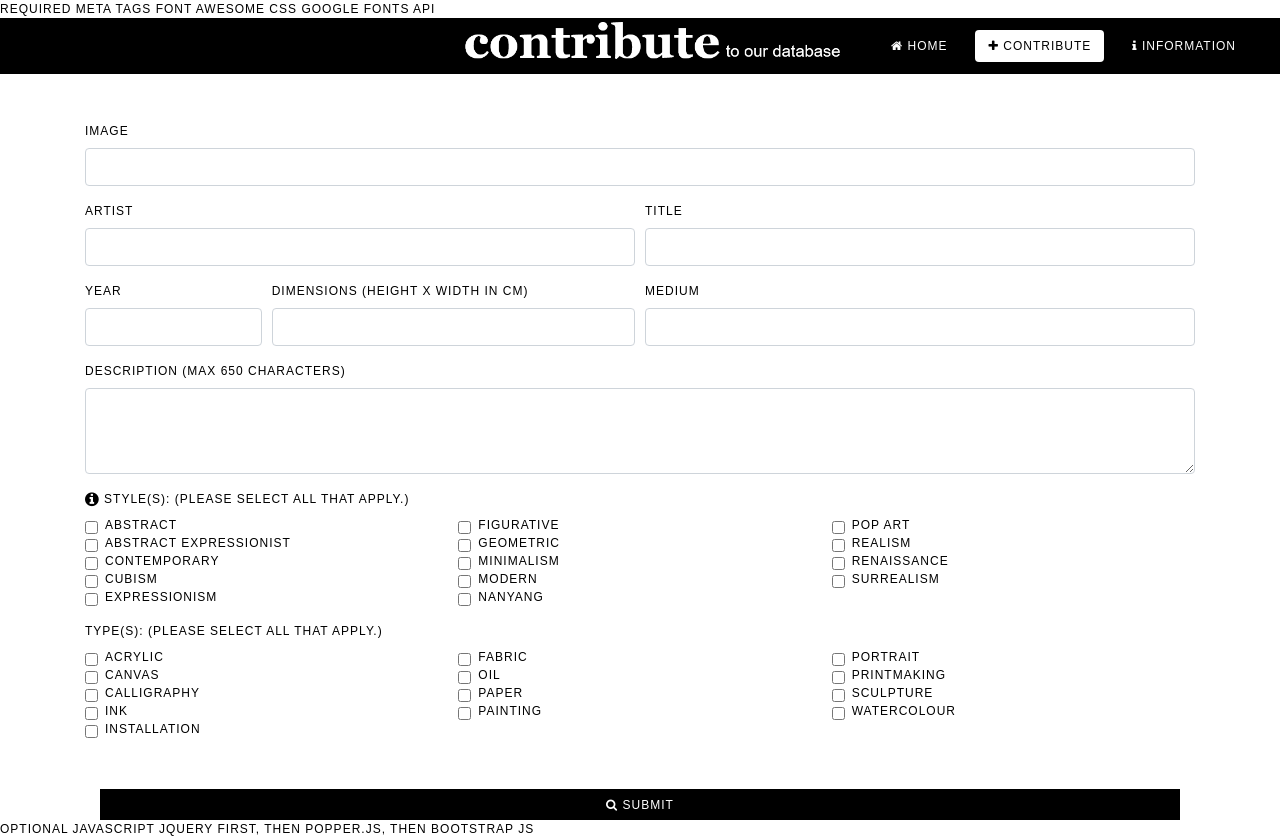
Repository: lynette-lyf/artwork-inventory
Page: http://localhost/add-artwork
The author's editor kept a record of every edit. The page is drawn from the files as they stood at one moment, then again after the next edit.
The browser window is 1280 px wide. The pictures show the whole page.
The page is served by the project's application, run on Flask 3 (app.py).

Above is the page before.

### templates/add_artwork.template.html
<!doctype html>
<html lang="en">
  <head>
     Required meta tags
    <meta charset="utf-8">
    <meta name="viewport" content="width=device-width, initial-scale=1, shrink-to-fit=no">

     <!--Bootstrap CSS -->
    <link rel="stylesheet" href="https://stackpath.bootstrapcdn.com/bootstrap/4.3.1/css/bootstrap.min.css" integrity="sha384-ggOyR0iXCbMQv3Xipma34MD+dH/1fQ784/j6cY/iJTQUOhcWr7x9JvoRxT2MZw1T" crossorigin="anonymous">
     Font Awesome CSS
    <link href="https://maxcdn.bootstrapcdn.com/font-awesome/4.7.0/css/font-awesome.min.css" rel="stylesheet"/>
     Google Fonts API
    <link href="https://fonts.googleapis.com/css?family=Work+Sans:300,600,800&display=swap" rel="stylesheet">
    <link rel="stylesheet" type="text/css" href="/static/css/style.css">

    <title>Contribute an artwork</title>
  <style>
       body {
    font-family: Arial;
    font-size: 12px;
    color: black;
    text-transform: uppercase;
    letter-spacing:1px;
}

::-webkit-scrollbar {
  width: 5px;
  height: 5px;
  border-left: 0;
  background: white;
}

::-webkit-scrollbar-track {
  background: white;
}

::-webkit-scrollbar-thumb {
  background: black;
  border-radius: 0;
}

.navbar-default {
    background-color: black;
}


#logo {
    position: absolute;
    z-index:1;
    top:-3px;

}

#contribute {
  font-family: Arial;
    color: black;
    text-decoration: none;
    text-transform: uppercase;
    font-size: 12px;
    letter-spacing:1px;
    background-color: white;
    margin-right:15px;
}

#home, #information {
    font-family: Arial;
    color: white;
    text-decoration: none;
    text-transform: uppercase;
    font-size: 12px;
    letter-spacing:1px;
    background-color: black;
    margin-right:15px;
}

#submit {
    font-family: Arial;
    color: white;
    text-decoration: none;
    text-transform: uppercase;
    font-size: 12px;
    letter-spacing:1px;
    background-color: black;
    width:100%;
}

#home:hover, #information:hover, #submit:hover {
    background-color: white;
    color:black;
}

#info-style {
  color:black;
}

#info-style:hover {
  color:grey;
}



@media (max-width: 994px) {
    .img-fluid {
        max-width:100%
    }

    #home {
        margin-top:2rem;
    }
}

@media screen and (min-width: 995px) {
    .navbar-nav {
        align-items: end;
    }

    .img-fluid {
        max-height:500px;
        max-width:500px
    }
}

  </style>

  </head>


  <body>


    <img id="logo" style="max-height:100px;" src="/static/img/contribute-artwork.png"/>

<nav class="navbar navbar-expand-lg navbar-default">
  <a class="navbar-brand" href="#">&nbsp;</a>
  <button class="navbar-toggler" type="button" data-toggle="collapse" data-target="#navbarSupportedContent" aria-controls="navbarSupportedContent" aria-expanded="false" aria-label="Toggle navigation">
    <span class="navbar-toggler-icon"> <i class="fa fa-bars" style="color:#fff; font-size:28px;"></i></span>
  </button>

  <div class="collapse navbar-collapse justify-content-end" id="navbarSupportedContent">
    <ul class="navbar-nav">
      <li class="nav-item">
          <a href="/" id="home" class="btn btn-default"><i class="fa fa-home"></i>    Home</a>
      </li>
      <li class="nav-item">
          <div id="contribute" class="btn btn-default" aria-disabled="true"><i class="fa fa-plus"></i>    Contribute</div>
      </li>
      <li class="nav-item">
        <a href="information/artstyles" id="information" class="btn btn-default"><i class="fa fa-info"></i>    Information</a>
      </li>
    </ul>

        </div>
  </div>
</nav>


















    <div class='container'>

        <form class='form pt-5' method="POST">


          <div class='form-row'>
              <div class='col-12 mb-3'>
                <label>Image</label>
                <input type='text' class='form-control' name='image' required/>
            </div>



            <div class='col-6 mb-3'>
                <label>Artist</label>
                <input type='text' class='form-control' name='artist' required/>
            </div>
            <div class='col-6 mb-3'>
                <label>Title</label>
                <input type='text' class='form-control' name='title' required/>
            </div>
          </div>

          <div class='form-row'>
            <div class='col-2 mb-3'>
                <label>Year</label>
                <input type='number' class='form-control' maxlength='4' min='1000' max='2019' name='year' required/>
            </div>
            <div class='col-4 mb-3'>
                <label>Dimensions (height x width in cm)</label>
                <input type='text' class='form-control' name='dimensions' required/>
            </div>
            <div class='col-6 mb-3'>
                <label>Medium</label>
                <input type='text' class='form-control' name='medium' required/>
            </div>
          </div>

            <div class='form-group'>
                <label>Description (max 650 characters)</label>
                <textarea class="form-control" rows="3" name='description'></textarea>
            </div>

          <div class='form-row'>
            <div class='col-12'>
           <label><a href='information/artstyles'><i id="info-style" class="fa fa-info-circle fa-lg" aria-hidden="true"></i></a>  Style(s): (Please select all that apply.)</label>
           </div>
           </div>

            <div class='form-row'>
            <div class='col-4'>



            <div class="form-check">
            <input class="form-check-input" type='checkbox' value='Abstract' id="type" name="type">
            <label class="form-check-label" for="Abstract">Abstract</label>
            </div>

            <div class="form-check">
            <input class="form-check-input" type='checkbox' value='Abstract Expressionist' id="type" name="type">
            <label class="form-check-label" for="Abstract Expressionist">Abstract Expressionist</label>
            </div>

            <div class="form-check">
            <input class="form-check-input" type='checkbox' value='Contemporary' id="type" name="type">
            <label class="form-check-label" for="Contemporary">Contemporary</label>
            </div>

            <div class="form-check">
            <input class="form-check-input" type='checkbox' value='Cubism' id="type" name="type">
            <label class="form-check-label" for="Cubism">Cubism</label>
            </div>

            <div class="form-check">
            <input class="form-check-input" type='checkbox' value='Expressionism' id="type" name="type">
            <label class="form-check-label" for="Expressionism">Expressionism</label>
            </div>

            </div>

            <div class='col-4'>

            <div class="form-check">
            <input class="form-check-input" type='checkbox' value='Figurative' id="type" name="type">
            <label class="form-check-label" for="Figurative">Figurative</label>
            </div>

            <div class="form-check">
            <input class="form-check-input" type='checkbox' value='Geometric' id="type" name="type">
            <label class="form-check-label" for="Geometric">Geometric</label>
            </div>

            <div class="form-check">
            <input class="form-check-input" type='checkbox' value='Minimalism' id="type" name="type">
            <label class="form-check-label" for="Minimalism">Minimalism</label>
            </div>

            <div class="form-check">
            <input class="form-check-input" type='checkbox' value='Modern' id="type" name="type">
            <label class="form-check-label" for="Modern">Modern</label>
            </div>

            <div class="form-check">
            <input class="form-check-input" type='checkbox' value='Nanyang' id="type" name="type">
            <label class="form-check-label" for="Nanyang">Nanyang</label>
            </div>

            </div>

            <div class='col-4'>

            <div class="form-check">
            <input class="form-check-input" type='checkbox' value='Pop Art' id="type" name="type">
            <label class="form-check-label" for="Pop Art">Pop Art</label>
            </div>

            <div class="form-check">
            <input class="form-check-input" type='checkbox' value='Realism' id="type" name="type">
            <label class="form-check-label" for="Realism">Realism</label>
            </div>

            <div class="form-check">
            <input class="form-check-input" type='checkbox' value='Renaissance' id="type" name="type">
            <label class="form-check-label" for="Renaissance">Renaissance</label>
            </div>

            <div class="form-check">
            <input class="form-check-input" type='checkbox' value='Surrealism' id="type" name="type">
            <label class="form-check-label" for="Surrealism">Surrealism</label>
            </div>




            </div>
            </div>

            <div class='form-row'>
            <div class='col-12 pt-3'>

           <label>Type(s): (Please select all that apply.)</label>
           </div>
           </div>

            <div class='form-row pb-5'>
            <div class='col-4'>

            <div class="form-check">
            <input class="form-check-input" type='checkbox' value='Acrylic' id="type" name="type">
            <label class="form-check-label" for="Acrylic">Acrylic</label>
            </div>

            <div class="form-check">
            <input class="form-check-input" type='checkbox' value='Canvas' id="type" name="type">
            <label class="form-check-label" for="Canvas">Canvas</label>
            </div>

            <div class="form-check">
            <input class="form-check-input" type='checkbox' value='Calligraphy' id="type" name="type">
            <label class="form-check-label" for="Calligraphy">Calligraphy</label>
            </div>

            <div class="form-check">
            <input class="form-check-input" type='checkbox' value='Ink' id="type" name="type">
            <label class="form-check-label" for="Ink">Ink</label>
            </div>

            <div class="form-check">
            <input class="form-check-input" type='checkbox' value='Installation' id="type" name="type">
            <label class="form-check-label" for="Installation">Installation</label>
            </div>

            </div>

            <div class='col-4'>

            <div class="form-check">
            <input class="form-check-input" type='checkbox' value='Fabric' id="type" name="type">
            <label class="form-check-label" for="Fabric">Fabric</label>
            </div>

            <div class="form-check">
            <input class="form-check-input" type='checkbox' value='Oil' id="type" name="type">
            <label class="form-check-label" for="Oil">Oil</label>
            </div>

            <div class="form-check">
            <input class="form-check-input" type='checkbox' value='Paper' id="type" name="type">
            <label class="form-check-label" for="Paper">Paper</label>
            </div>

            <div class="form-check">
            <input class="form-check-input" type='checkbox' value='Painting' id="type" name="type">
            <label class="form-check-label" for="Painting">Painting</label>
            </div>

            </div>

            <div class='col-4'>

            <div class="form-check">
            <input class="form-check-input" type='checkbox' value='Portrait' id="type" name="type">
            <label class="form-check-label" for="Portrait">Portrait</label>
            </div>

            <div class="form-check">
            <input class="form-check-input" type='checkbox' value='Printmaking' id="type" name="type">
            <label class="form-check-label" for="Printmaking">Printmaking</label>
            </div>

            <div class="form-check">
            <input class="form-check-input" type='checkbox' value='Sculpture' id="type" name="type">
            <label class="form-check-label" for="Sculpture">Sculpture</label>
            </div>

            <div class="form-check">
            <input class="form-check-input" type='checkbox' value='Watercolour' id="type" name="type">
            <label class="form-check-label" for="Watercolour">Watercolour</label>
            </div>

            </div>
            </div>



          <div class="col-12 text-center">
             <button type="submit" id="submit" class="btn btn-default">
                <i class="fa fa-search"></i>    Submit
              </button>
          </div>
        </form>
    </div>

      Optional JavaScript
     jQuery first, then Popper.js, then Bootstrap JS
    <script src="https://code.jquery.com/jquery-3.3.1.slim.min.js" integrity="sha384-q8i/X+965DzO0rT7abK41JStQIAqVgRVzpbzo5smXKp4YfRvH+8abtTE1Pi6jizo" crossorigin="anonymous"></script>
    <script src="https://cdnjs.cloudflare.com/ajax/libs/popper.js/1.14.7/umd/popper.min.js" integrity="sha384-UO2eT0CpHqdSJQ6hJty5KVphtPhzWj9WO1clHTMGa3JDZwrnQq4sF86dIHNDz0W1" crossorigin="anonymous"></script>
    <script src="https://stackpath.bootstrapcdn.com/bootstrap/4.3.1/js/bootstrap.min.js" integrity="sha384-JjSmVgyd0p3pXB1rRibZUAYoIIy6OrQ6VrjIEaFf/nJGzIxFDsf4x0xIM+B07jRM" crossorigin="anonymous"></script>
  </body>
</html>

### app.py
from flask import Flask, render_template, request, redirect, url_for, flash
import os
from bson import ObjectId
import re

import pymongo

MONGO_URI = os.getenv('MONGO_URI')
DATABASE_NAME = 'artworksAndConsigners'

conn = pymongo.MongoClient(MONGO_URI)

def get_connection():
    conn = pymongo.MongoClient(MONGO_URI)
    return conn

app = Flask(__name__)

# READ**************************************************************************

@app.route('/')
def index():
    search_terms = request.args.get('search-by')
    filter = request.args.getlist('filter')

    all_styles = ['Abstract', 'Abstract Expressionist', 'Contemporary', 'Cubism', 'Expressionism', 'Figurative', 'Geometric', 'Minimalism', 'Modern', 'Nanyang', 'Pop Art', 'Realism', 'Renaissance', 'Surrealism']
    all_types = ['Acrylic', 'Canvas', 'Calligraphy', 'Ink', 'Installation', 'Fabric', 'Oil', 'Paper', 'Painting', 'Portrait', 'Printmaking', 'Sculpture', 'Watercolour']

    search_criteria = {}
    print (search_criteria)
    if search_terms is not None and search_terms is not "":
        search_criteria["title"] = re.compile(r'{}'.format(search_terms), re.I)

    if len(filter) > 0:
        search_criteria['all_styles', 'all_types'] = {
            '$all' : filter
        }

    print (search_criteria)

    if search_terms is None:
        search_terms = ""

    conn = get_connection()
    artworksAndConsigners = conn[DATABASE_NAME]['artworksAndConsigners'].find(search_criteria)
    return render_template('index.template.html', results=artworksAndConsigners, search_terms=search_terms, filter=filter, all_styles=all_styles, all_types=all_types)

# CREATE************************************************************************

@app.route('/add-artwork')
def show_add_artwork_form():
    return render_template('add_artwork.template.html')

@app.route('/add-artwork', methods=['POST'])
def process_add_artwork_form():
    image = request.form.get('image')
    artist = request.form['artist']
    title = request.form['title']
    year = request.form['year']
    dimensions = request.form['dimensions']
    medium = request.form['medium']
    description = request.form['description']
    type = request.form.getlist('type')

    conn = get_connection()
    conn[DATABASE_NAME]['artworksAndConsigners'].insert({
        "image" : image,
        "artist" : artist,
        "title" : title,
        "year" : year,
        "dimensions" : dimensions,
        "medium" : medium,
        "description" : description,
        "type" : type
    })

    return redirect("/")

# UPDATE************************************************************************

@app.route('/edit-artwork/<artwork_id>')
def show_edit_artwork_form(artwork_id):
    conn = get_connection()
    artwork = conn[DATABASE_NAME]['artworksAndConsigners'].find_one({
        '_id': ObjectId(artwork_id)
    })

    results = artwork['type']
    all_styles = ['Abstract', 'Abstract Expressionist', 'Contemporary', 'Cubism', 'Expressionism', 'Figurative', 'Geometric', 'Minimalism', 'Modern', 'Nanyang', 'Pop Art', 'Realism', 'Renaissance', 'Surrealism']
    all_types = ['Acrylic', 'Canvas', 'Calligraphy', 'Ink', 'Installation', 'Fabric', 'Oil', 'Paper', 'Painting', 'Portrait', 'Printmaking', 'Sculpture', 'Watercolour']

    return render_template('edit_artwork.template.html', artworksAndConsigners=artwork,
    selected_type=results, all_styles=all_styles, all_types=all_types)

@app.route("/edit-artwork/<artwork_id>", methods=['POST'])
def process_edit_artwork_form(artwork_id):
    image = request.form.get('image')
    artist = request.form['artist']
    title = request.form['title']
    year = request.form['year']
    dimensions = request.form['dimensions']
    medium = request.form['medium']
    description = request.form['description']
    type = request.form.getlist('type')

    conn = get_connection()
    conn[DATABASE_NAME]["artworksAndConsigners"].update({
        '_id': ObjectId(artwork_id)
    }, {
       "image" : image,
        "artist" : artist,
        "title" : title,
        "year" : year,
        "dimensions" : dimensions,
        "medium" : medium,
        "description" : description,
        "type": type
    })

    return redirect("/")

# FAVOURITE FUNCTION************************************************************

@app.route('/button', methods=["POST"])
def button(artwork_id):
    votes = request.form.get('votes')

    if request.method == "POST":
        votes += 1  # Note this increment here.
    print (votes)
    conn = get_connection()
    conn[DATABASE_NAME]["artworksAndConsigners"].update({
        '_id': ObjectId(artwork_id)
    }, {
        "votes": votes
    })
    return redirect("/", votes=votes)





# DELETE************************************************************************

@app.route('/confirm-delete-artwork/<artwork_id>')
def confirm_delete_artwork(artwork_id):

    artwork = conn[DATABASE_NAME]["artworksAndConsigners"].find_one({
        '_id': ObjectId(artwork_id)
    }, {
        "image" : 1,
        "artist" : 1,
        "title" : 1,
        "year" : 1,
        "dimensions" : 1,
        "medium" : 1,
        "description" : 1,
        "type": 1
    })

    return render_template('confirm_delete_artwork.template.html', artworksAndConsigners=artwork)

@app.route('/delete-artwork/<artwork_id>')
def delete_artwork(artwork_id):
    conn[DATABASE_NAME]["artworksAndConsigners"].delete_one({
        '_id': ObjectId(artwork_id)
    })

    return redirect('/')

# INFORMATION FOR ART STYLES****************************************************
@app.route('/information/artstyles')
def art_style():
    conn = get_connection()
    styles = conn[DATABASE_NAME]['artstyles'].find()
    return render_template('artstyles.template.html', results=styles)


# "magic code" -- boilerplate
if __name__ == '__main__':
    app.run(host=os.environ.get('IP'),
    port=int(os.environ.get('PORT')),
    debug=True)

### static/css/style.css
body {
    font-family: Arial;
    font-size: 15px;
    color: black;
}

::-webkit-scrollbar {
  width: 5px;
  height: 5px;
  border-left: 0;
  background: white;
}

::-webkit-scrollbar-track {
  background: white;
}

::-webkit-scrollbar-thumb {
  background: black;
  border-radius: 0;
}

.navbar-default {
    background-color: black;
}


#logo {
    position: absolute;
    z-index:1;
    top:-4px;
}

#home, #contribute, #information {
    font-family: Arial;
    color: white;
    text-decoration: none;
    text-transform: uppercase;
    font-size: 12px;
    letter-spacing:1px;
    background-color: black;
    margin-right:15px;
}

#submit {
    font-family: Arial;
    color: white;
    text-decoration: none;
    text-transform: uppercase;
    font-size: 12px;
    letter-spacing:1px;
    background-color: grey;
    margin-right:15px;
    border-radius:0px;
    height:31px;
    margin-top:3px;
}
#home:hover, #contribute:hover, #information:hover, #submit:hover {
    background-color: white;
    color:black;
}

#search-by {
    border-radius:0px;
    font-family: Arial;
    font-weight:bold;
    color: black;
    text-transform: uppercase;
    font-size: 12px;
    margin-top:3px;
    border-width:0px;
}

#caret-dropdown {
    color:grey;
    background-color:white;
    height:31px;
    margin-top:3px;
}

.dropdown.dropdown-lg .dropdown-menu {
    margin-top: -1px;
    padding: 4px 15px;
}

.btn-group .btn {
    border-radius: 0;
    margin-left: -1px;
}
.form-horizontal .form-group {
    margin-left: 0;
    margin-right: 0;
}

@media (max-width: 994px) {
    .img-fluid {
        max-width:100%
    }

    #home {
        margin-top:2rem;
    }
}

@media screen and (min-width: 995px) {
    .navbar-nav {
        align-items: end;
    }

    #boot-search-box {
        width: 500px;
        margin: 0 auto;
    }
    .dropdown.dropdown-lg {
        position: static !important;
    }
    .dropdown.dropdown-lg .dropdown-menu {
        min-width: 500px;
    }

    .img-fluid {
        max-height:500px;
        max-width:500px
    }
}

.artist {
    font-family: 'Work Sans', sans-serif;
    font-weight: 800;
    text-transform: uppercase;
    font-size: 3vh;
    line-height:10%;
    margin-top:15px;
}

.title {
    font-style: italic;
    font-family: 'Work Sans', sans-serif;
    font-weight: 600;
    text-transform: uppercase;
    font-size: 1.8vh;
    margin-right: 2px;
    line-height:10%;
}

.year {
    font-style: italic;
    font-family: 'Work Sans', sans-serif;
    font-weight: 400;
    font-size: 1.8vh;
    margin-right: 2px;
}

.medium, .dimensions {
    letter-spacing: 1px;
    margin-bottom:0px;
}

.description {
    text-align: justify;
    margin-top: 20px;
}

.tag-label {
    text-transform: uppercase;
    font-weight: bold;
    margin-bottom: 0px;
}

.tags {
    text-transform: uppercase;
    font-size: 12px;
    margin-top: 0px;
}

.action {
    text-decoration: none;
    color: black;
    font-family: Arial;
    text-transform: uppercase;
    font-size: 10px;
    margin:5px;
}

.action:hover {
    color:white;
    background-color:black;
    border-radius:0px;
    border-width:0px;;
}

After the next edit:
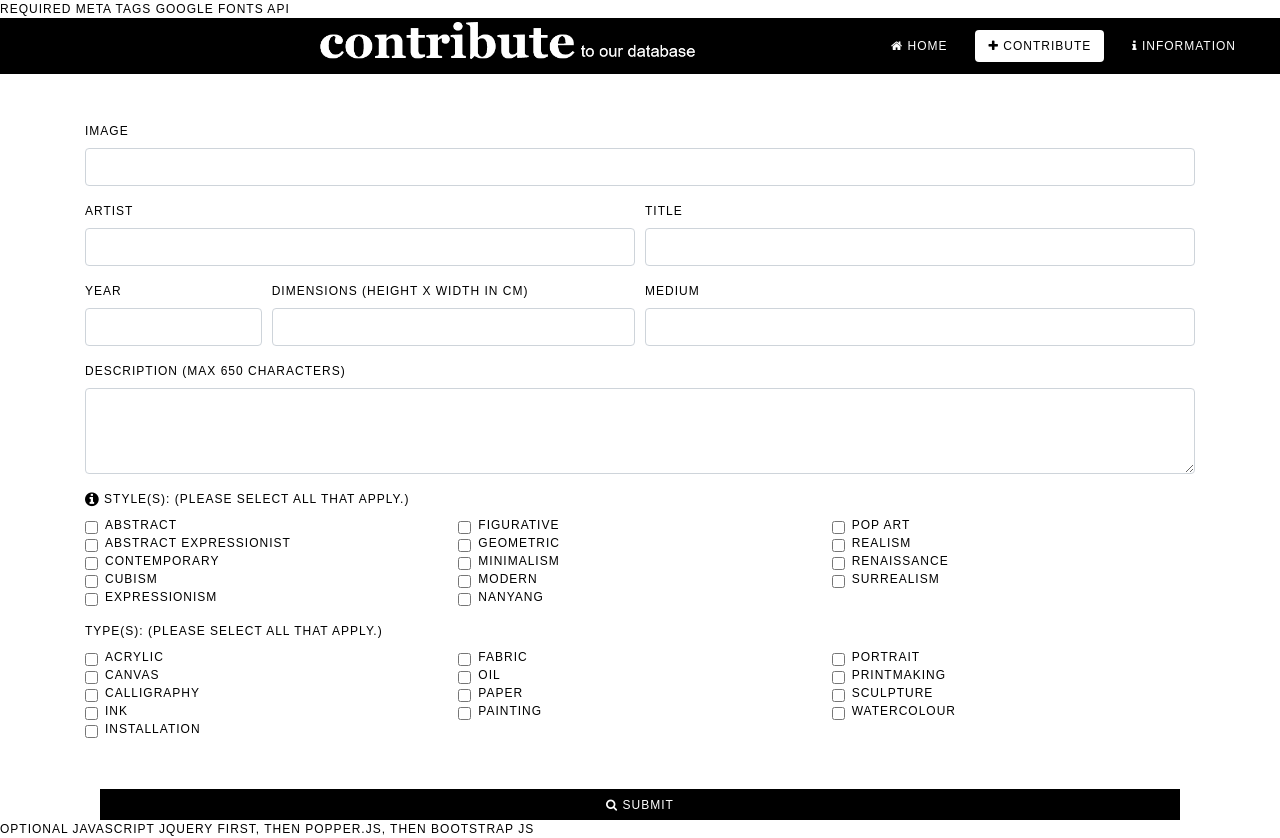
The edit:
--- a/templates/add_artwork.template.html
+++ b/templates/add_artwork.template.html
@@ -7,7 +7,7 @@
 
      <!--Bootstrap CSS -->
     <link rel="stylesheet" href="https://stackpath.bootstrapcdn.com/bootstrap/4.3.1/css/bootstrap.min.css" integrity="sha384-ggOyR0iXCbMQv3Xipma34MD+dH/1fQ784/j6cY/iJTQUOhcWr7x9JvoRxT2MZw1T" crossorigin="anonymous">
-     Font Awesome CSS
+     <!--Font Awesome CSS -->
     <link href="https://maxcdn.bootstrapcdn.com/font-awesome/4.7.0/css/font-awesome.min.css" rel="stylesheet"/>
      Google Fonts API
     <link href="https://fonts.googleapis.com/css?family=Work+Sans:300,600,800&display=swap" rel="stylesheet">
